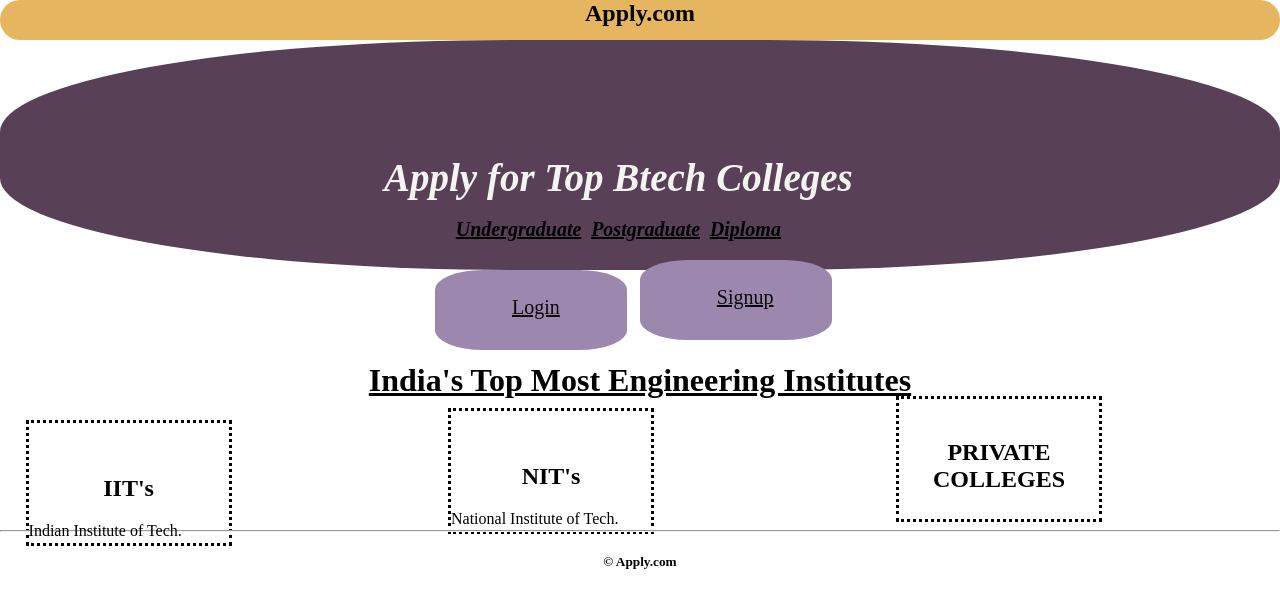
Repository: dashmeenkalra/dashmeen_kalra
Page: css/btech.html
An editor plug-in stored every save of this project. The page is shown before and after a run of saves, followed by the edit.
The browser window is 1280 px wide. The pictures show the whole page.

Above is the page before, as saved 2023-03-06 17:23:52.

### css/btech.html
<html>
    <head>
        <link href="btech.css" rel="stylesheet"/>
        <title>
            Welcome to apply.com
        </title>
    </head>
    <body>
        <header>
            <h2>Apply.com</h2>
        </header>
        <div id="app">
            <div class="wri">
                Apply for Top Btech Colleges</br>
                <a href="" class="id">Undergraduate</a>
                <a href="" class="id">Postgraduate</a>
                <a href="" class="id">Diploma</a>
            </div>
        </div>
        <div class="log">
            <a href="" class="id1"> Login</a>
        </div>
        <div class="log1">
            <a href="" class="id1">Signup</a>
        </div>
        <h1>India's Top Most Engineering Institutes</h1>
        <div id="type">
         <h2>IIT's</h2>Indian Institute of Tech.
        </div>
        <div id="type1">
            <h2>NIT's</h2>National Institute of Tech.
           </div>
           <div id="type2">
            <h2>PRIVATE COLLEGES</h2>
           </div>
           <hr/>
        <h5> &copy; Apply.com</h5>
    </body>
</html>

### css/btech.css
body{
    margin:0px;
}
header{
    background-color: rgb(229, 182, 95);
    height: 40px;
    border-radius: 300px;
}
header > h2{
    text-align: center;
}
#app{
    background-color: rgb(88, 64, 87);
    height:230px;
    width:100%;
    border-radius:40%;
}
.wri{
    text-align: center;
    margin-left: 30%;
    font-weight: bolder;
    font-style: oblique;
    font-size: 39px;
    margin-top: 9%;
    position: absolute;
    color: rgb(246, 243, 243);

}
.id{
    font-size: 20px;
    color: black;
}
.log{
    background-color: rgb(156, 136, 174);
    height:80px;
    width:15%;
    margin-left:34%;
    border-radius:25%;
}
.id1{
    font-size: 20px;
    color: rgb(9, 8, 8);
    margin-left:6%;
    margin-top:2%;
    position: absolute;
}
.log1{
    background-color: rgb(156, 136, 174);
    height:80px;
    width:15%;
    margin-left:50%;
    border-radius:25%;
    margin-top: -7.01%;
}
h1{
    text-align: center;
    text-decoration: underline;
}
#type{
    border: dotted;
    height:120px;
    width: 200px;
    margin-left:2%;
}
#type > h2{
  text-align: center;
  margin-top: 26%;
}
#type1{
    border: dotted;
    height:120px;
    width: 200px;
    margin-left:35%;
    margin-top:-10.8%;
}
#type1 > h2{
    text-align: center;
    margin-top: 26%;
}
#type2{
    border: dotted;
    height:120px;
    width: 200px;
    margin-left:70%;
    margin-top:-10.8%;
}
#type2 > h2{
    text-align: center;
    margin-top: 20%;
}
h5{
    text-align: center;
}

After the next 3 saves:
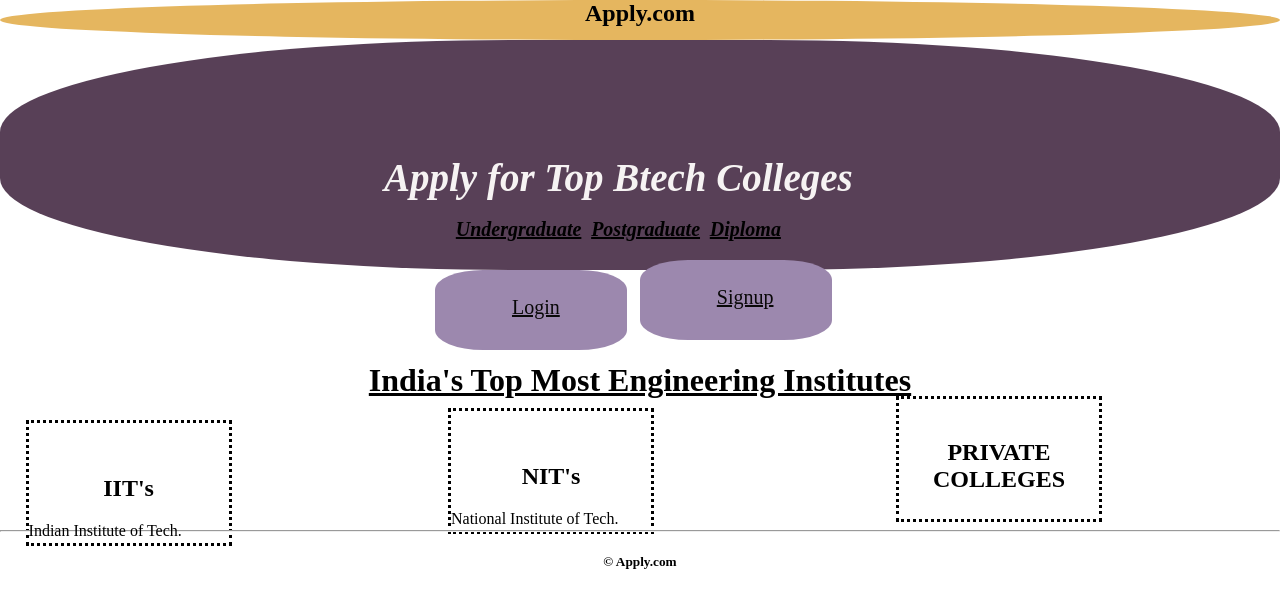
The 3 saves are shown as one change because they came seconds apart.
The last was saved 13 s later.
--- a/css/btech.css
+++ b/css/btech.css
@@ -4,7 +4,7 @@
 header{
     background-color: rgb(229, 182, 95);
     height: 40px;
-    border-radius: 300px;
+    border-radius:100%;
 }
 header > h2{
     text-align: center;

After the save that followed:
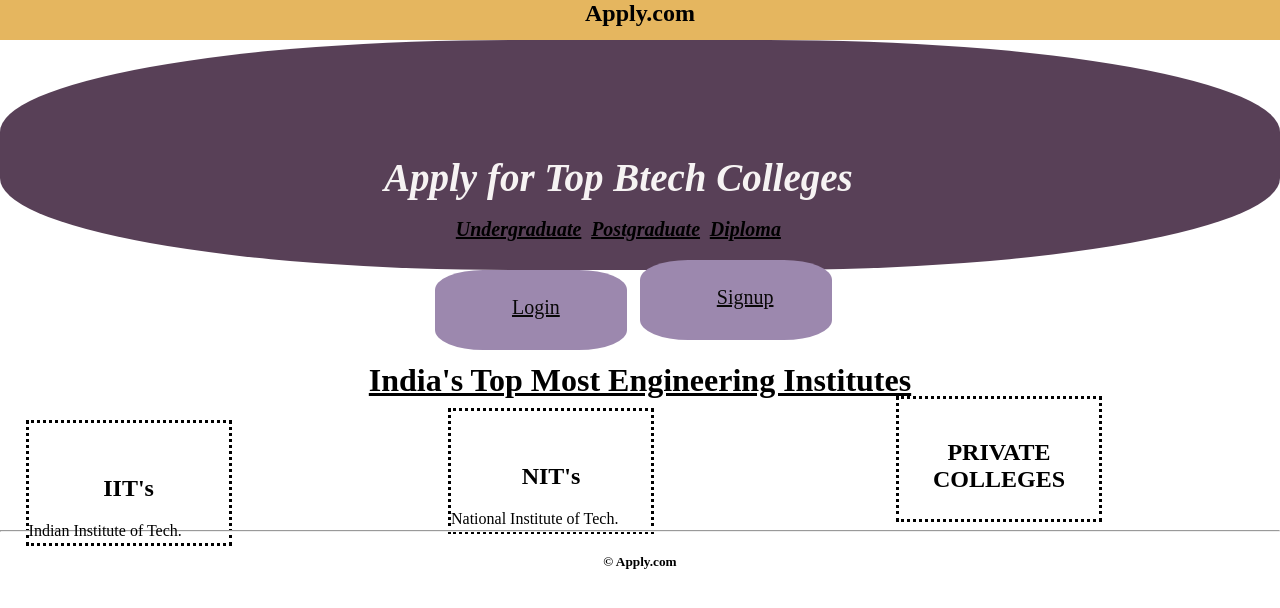
Saved 7 s later.
--- a/css/btech.css
+++ b/css/btech.css
@@ -4,7 +4,7 @@
 header{
     background-color: rgb(229, 182, 95);
     height: 40px;
-    border-radius:100%;
+    border-radius:;
 }
 header > h2{
     text-align: center;
